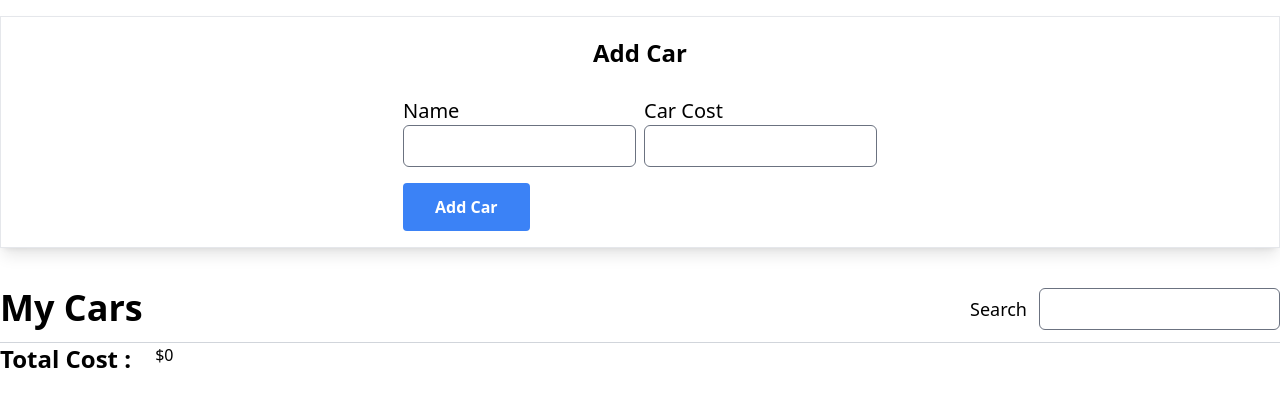
Repository: Marhamat92/carsappreduxtoolkit
Page: /
An editor plug-in stored every save of this project. The page is shown before and after the next save, followed by the edit.
The browser window is 1280 px wide. The pictures show the whole page.
The project was rebuilt for these pictures with package versions that can differ from the ones it lists, and the page was loaded fresh each time.

Above is the page before, as saved 2023-01-24 00:45:47.

After the next save:
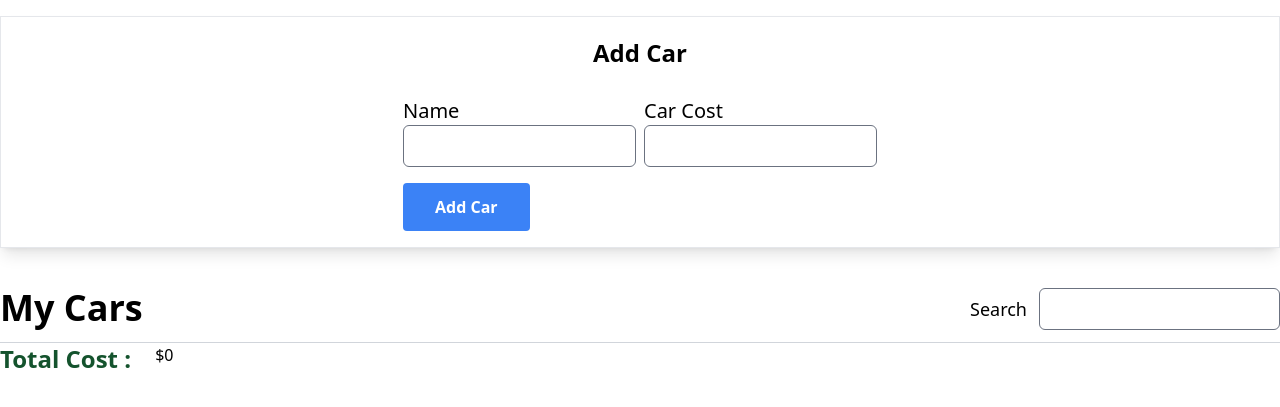
Saved 14 s later.
--- a/src/components/CarValue.js
+++ b/src/components/CarValue.js
@@ -13,7 +13,7 @@ function CarValue() {
 
   return (
     <div className='flex  space-x-6'>
-      <h1 className='text-2xl font-bold' >Total Cost :</h1>
+      <h1 className='text-2xl font-bold text-green-900' >Total Cost :</h1>
       <h1>${totalCost}</h1>
     </div>
   )
